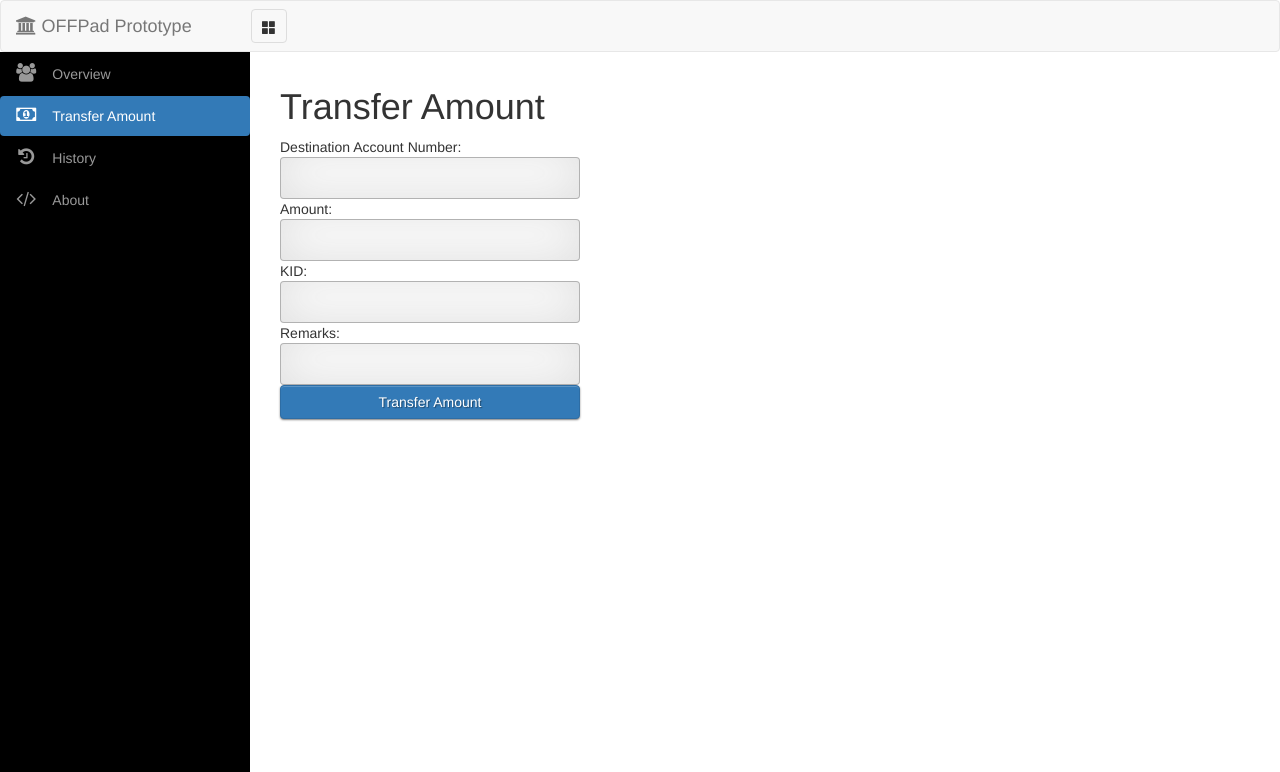
Repository: sijangurung/OFFPad-Projects
Page: http://localhost/OffPad_WebApp/clientPage.jsp
These files come from the project's save history. The page is drawn as it stood at one moment and after the next save; the edit follows.
The browser window is 1280 px wide. The pictures show the whole page.
The page is served by Tomcat 9. The template is opened directly, without the code that normally fills it, so the values that code supplies are empty.

Above is the page before, as saved 2015-12-29 17:46:47.

After the next save:
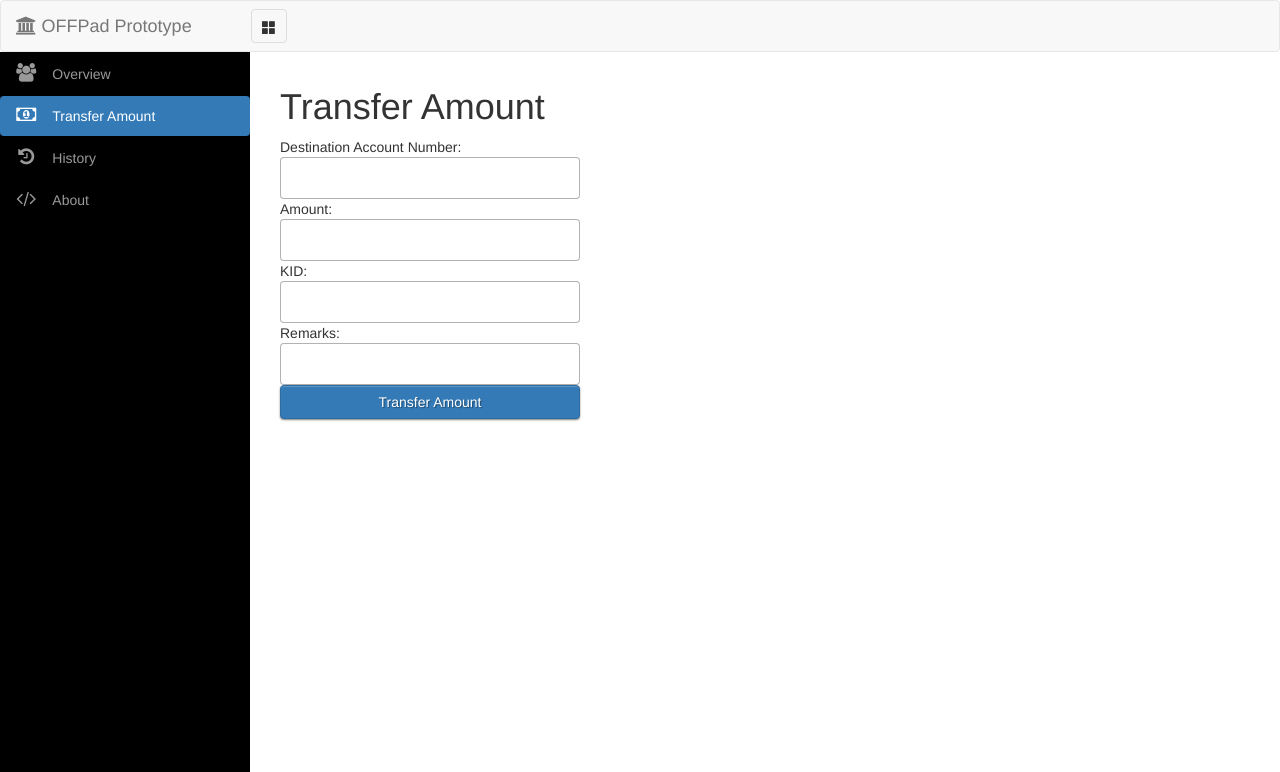
Saved 29 s later.
--- a/Web App Workspace/OffPad WebApp/WebContent/styles/style.css
+++ b/Web App Workspace/OffPad WebApp/WebContent/styles/style.css
@@ -47,14 +47,9 @@
 	padding: 10px;
 	font-size: 13px;
 	color: #fff;
-	text-shadow: 1px 1px 1px rgba(0,0,0,0.3);
+
 	border: 1px solid rgba(0,0,0,0.3);
 	border-radius: 4px;
-	box-shadow: inset 0 -5px 45px rgba(100,100,100,0.2), 0 1px 1px rgba(255,255,255,0.2);
-	-webkit-transition: box-shadow .5s ease;
-	-moz-transition: box-shadow .5s ease;
-	-o-transition: box-shadow .5s ease;
-	-ms-transition: box-shadow .5s ease;
-	transition: box-shadow .5s ease;
+
 }
 input:focus { box-shadow: inset 0 -5px 45px rgba(100,100,100,0.4), 0 1px 1px rgba(255,255,255,0.2); }
